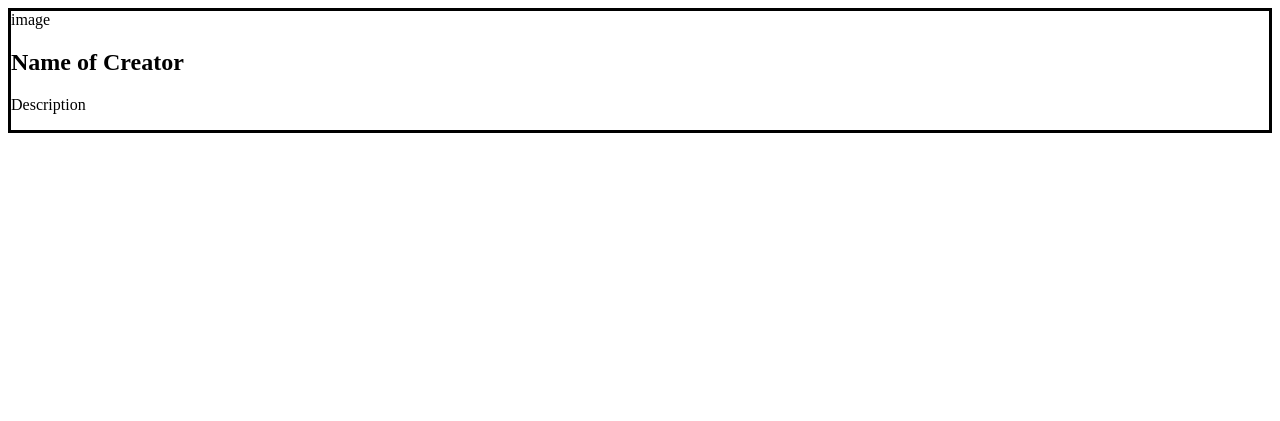
Repository: k8ANStar/Questify
Page: /About
The author's editor kept a copy of each file at every save. The page is drawn from the files as they stood at one save, then again after the next save.
The browser window is 1280 px wide. The pictures show the whole page.
The project was rebuilt for these pictures with package versions that can differ from the ones it lists, and the page was loaded fresh each time. The framework's server and built-in components were replaced by stand-ins that run in the browser. Also part of the build but not shown: next.config.mjs.

Above is the page before, as saved 2024-03-24 21:36:23.

After the next save:
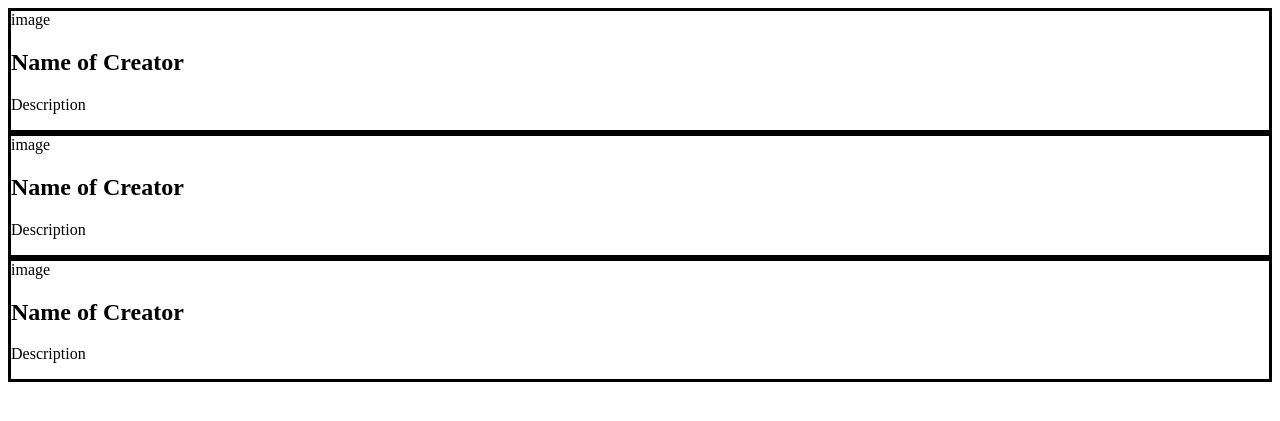
Saved 12 s later.
--- a/pages/About.js
+++ b/pages/About.js
@@ -3,6 +3,8 @@ export default function About() {
 	return (
 		<div>
 			<Card />
+			<Card />
+			<Card />
 		</div>
 	);
 }
